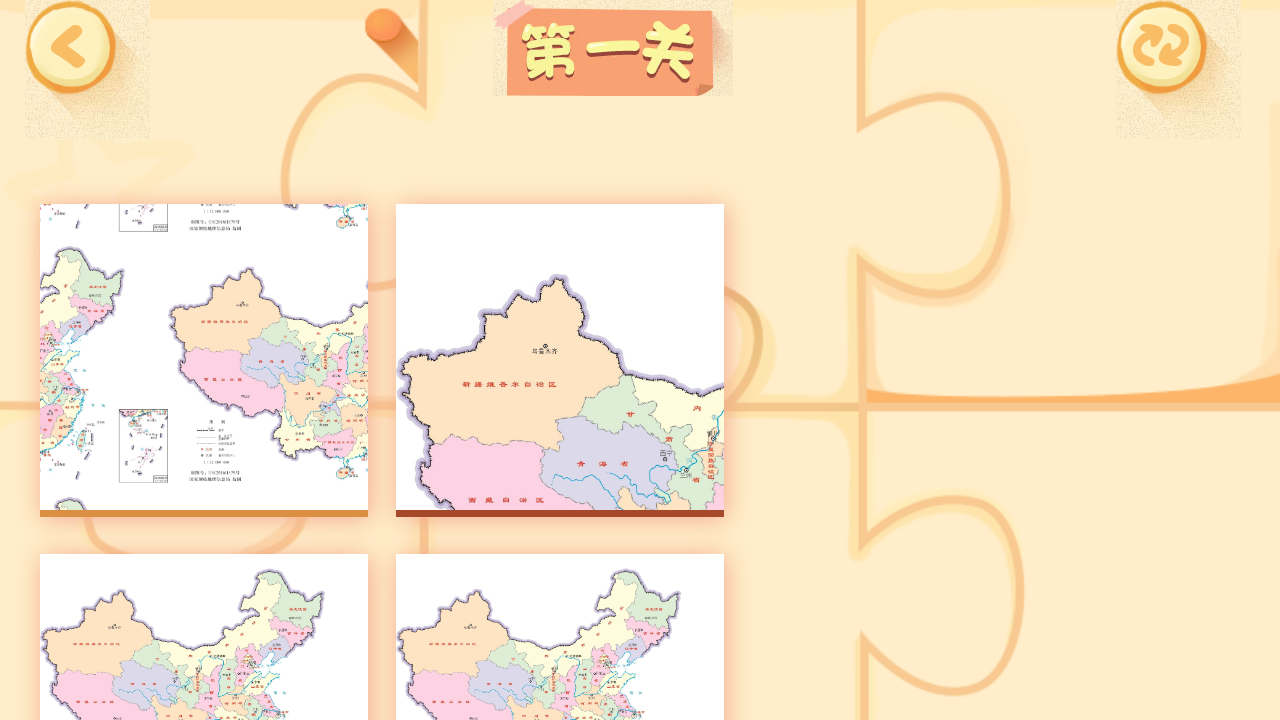
Repository: RedrockTeam/China-map-puzzle
Page: /#/choose/first
These files come from the project's save history. The page is drawn as it stood at one moment and after the next save; the edit follows.
The browser window is 1280 px wide. The pictures show the whole page.
Some web fonts or font styles are not loaded; a fallback is used. The project was rebuilt for these pictures with package versions that can differ from the ones it lists, and the page was loaded fresh each time. Also part of the build but not shown: vue.config.js, src/network/request.js, src/views/home.vue, src/views/choose.vue, src/views/pass.vue, src/components/dialog.vue. Imported but missing from the stored project, and not drawn on this page: src/views/rankList1, src/views/rankList2, src/views/rankList3, src/views/rankList4.

Above is the page before, as saved 2019-09-24 19:28:30.

After the next save:
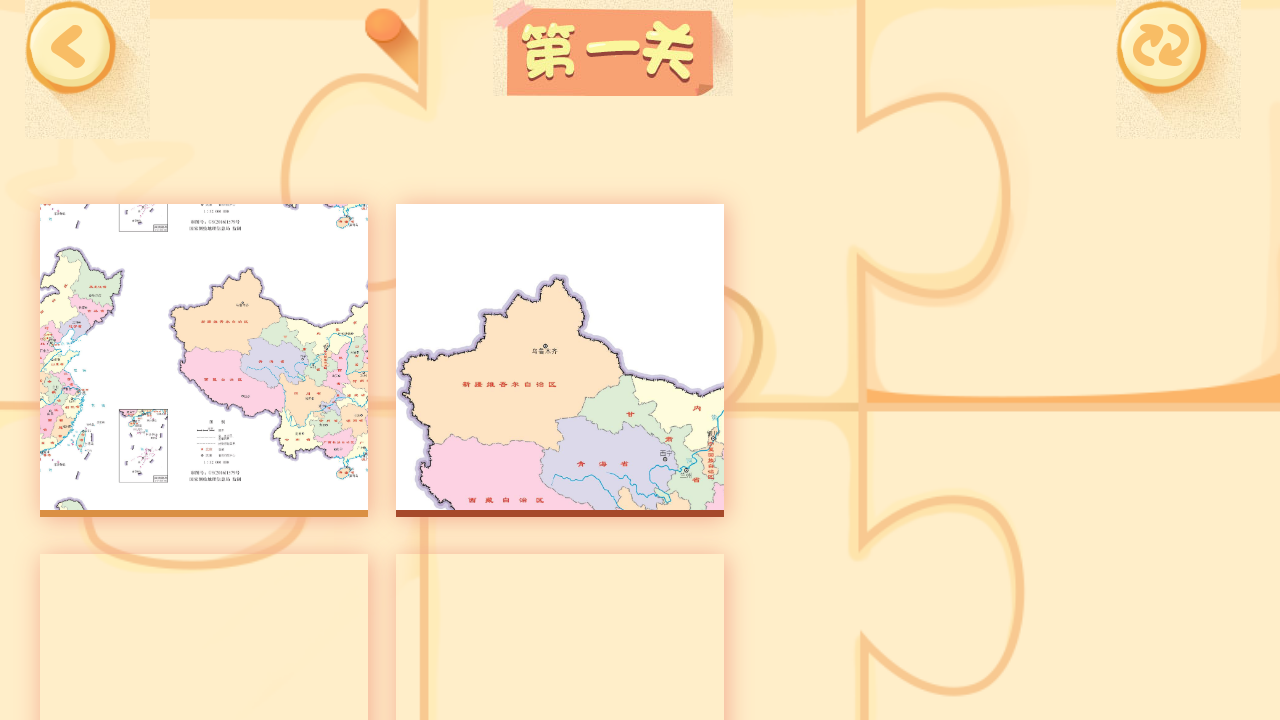
Saved 7 s later.
--- a/src/views/first.vue
+++ b/src/views/first.vue
@@ -105,8 +105,6 @@ export default {};
       box-shadow: 2px 2px 24px #f3a98f;
       margin: 14px 14px 0 14px;
       border-bottom: 7px solid #a6492b;
-      background: url("../assets/img/button/map.jpg");
-      background-size: 100%;
     }
     .first {
       background: url("../assets/img/button/map.jpg");
